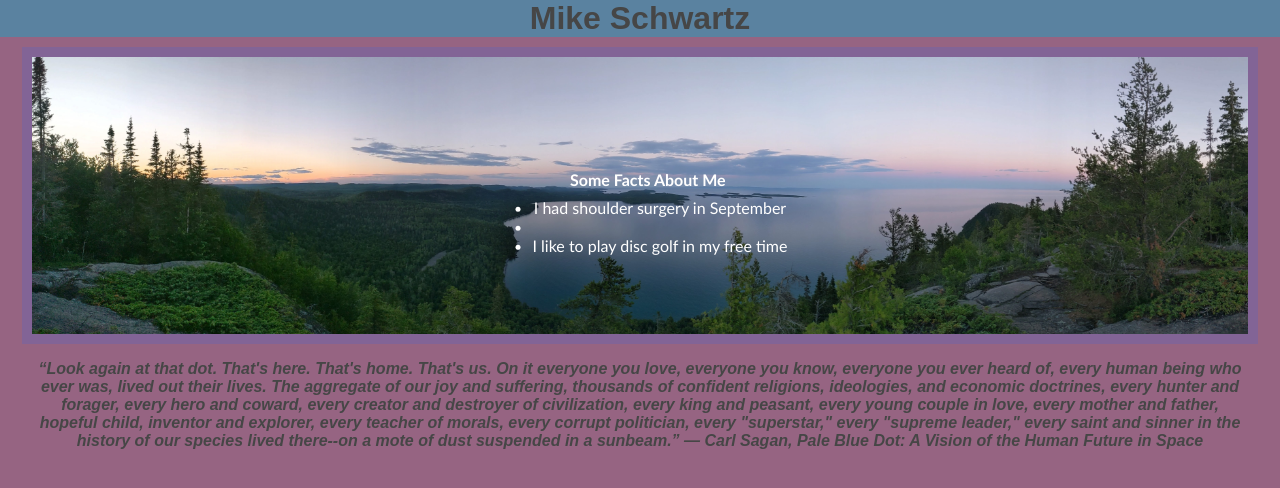
Repository: Ellusionism/prime-pw-week-1-assignment
Page: assignment/index.html
The author's editor kept a copy of each file at every save. The page is drawn from the files as they stood at one save, then again after the next save.
The browser window is 1280 px wide. The pictures show the whole page.

Above is the page before, as saved 2022-10-26 16:26:10.

After the next save:
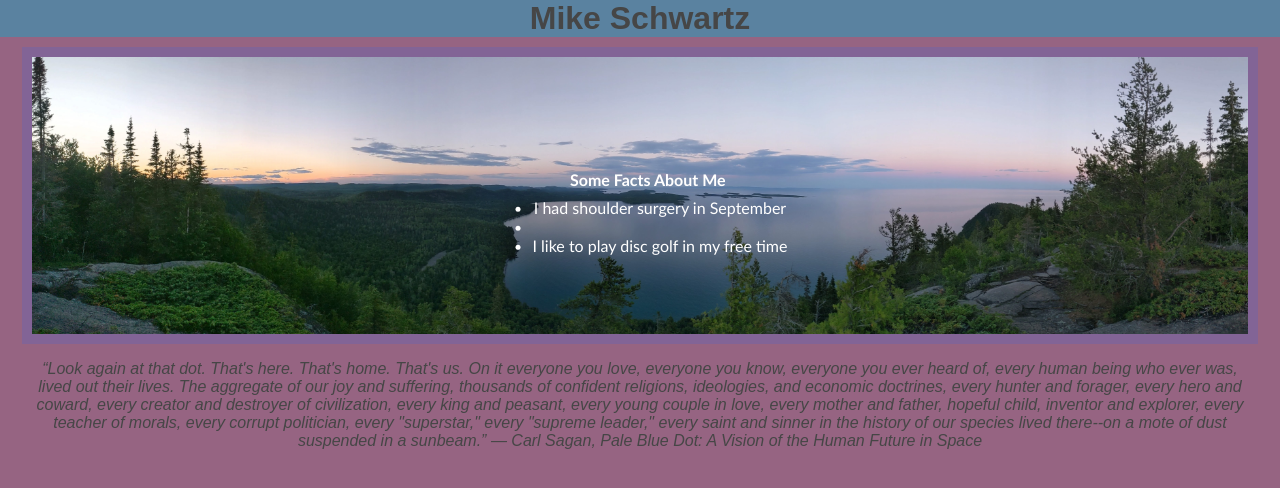
Saved 8 s later.
--- a/assignment/style.css
+++ b/assignment/style.css
@@ -20,7 +20,6 @@
  margin: 0 2.5%;
  color: rgb(70, 70, 70);
  font-style: italic;
- font-weight: bold;
  text-align: center;
 }
 

After the 3 saves that followed:
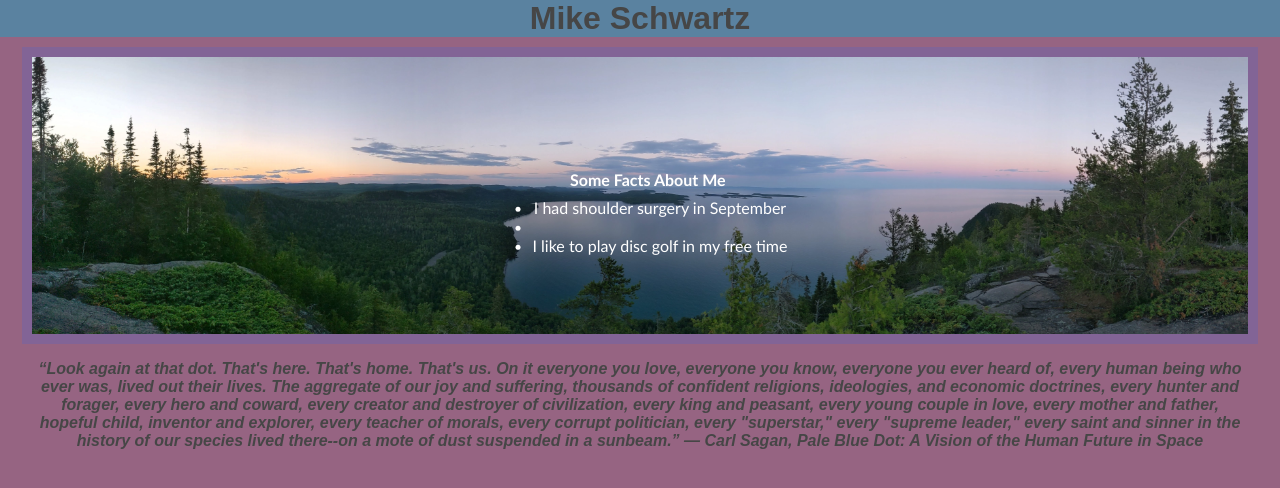
The 3 saves are shown as one change because they came seconds apart.
The last was saved 16 s later.
--- a/assignment/style.css
+++ b/assignment/style.css
@@ -20,6 +20,7 @@
  margin: 0 2.5%;
  color: rgb(70, 70, 70);
  font-style: italic;
+ font-weight: bold;
  text-align: center;
 }
 
